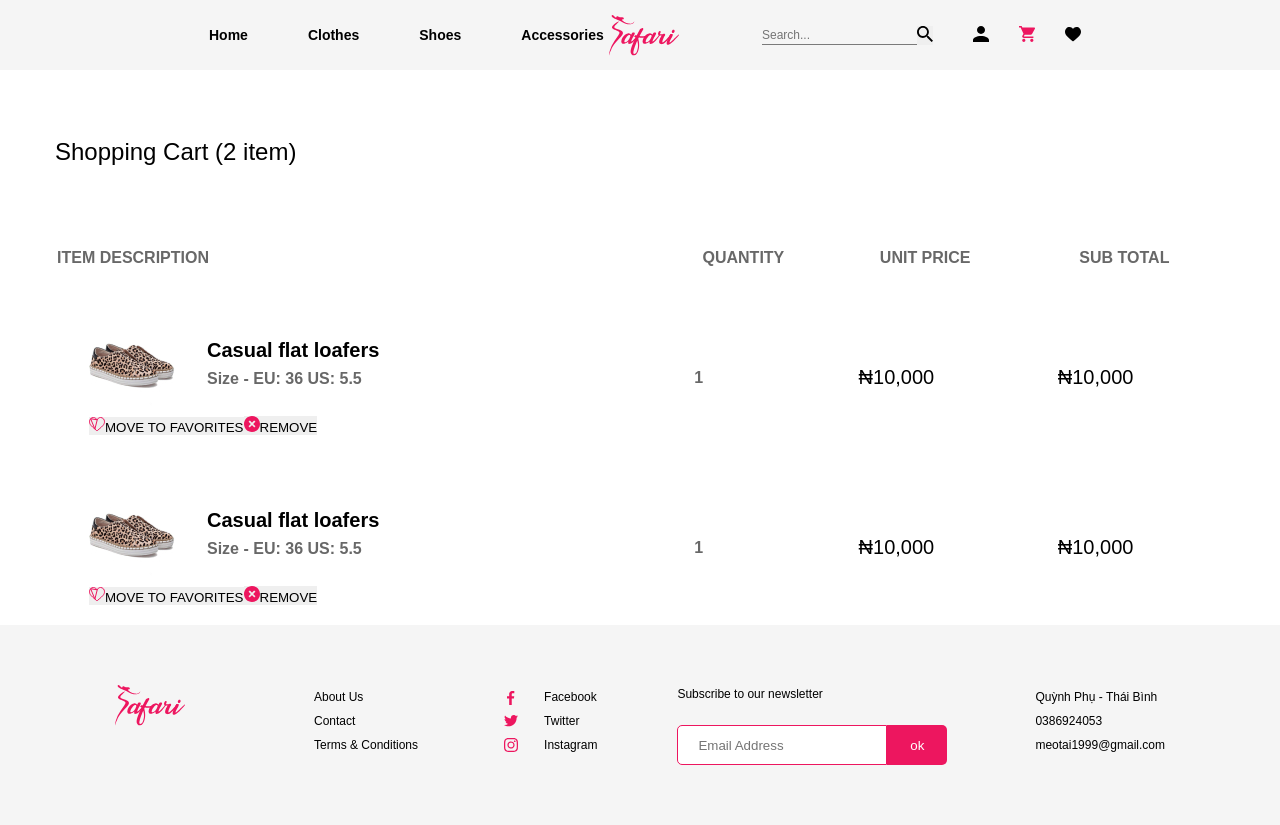
Repository: tboy1999/safari
Page: views/cart.html
These files come from the project's save history. The page is drawn as it stood at one moment and after the next save; the edit follows.
The browser window is 1280 px wide. The pictures show the whole page.
Some web libraries are served in a nearby version. The style sheet was rebuilt from its Sass, Less or Tailwind sources for each picture, by a compiler version that may differ from the author's.

Above is the page before, as saved 2022-04-28 13:46:07.

### views/cart.html
<!DOCTYPE html>
<html lang="en">
<head>
  <meta charset="UTF-8">
  <meta http-equiv="X-UA-Compatible" content="IE=edge">
  <meta name="viewport" content="width=device-width, initial-scale=1.0">
  <title>cart safari</title>
  <link rel="shortcut icon" href="./image/logo/Logo.svg" type="image/x-icon">
  <link rel="preconnect" href="https://fonts.googleapis.com">
  <link rel="preconnect" href="https://fonts.gstatic.com" crossorigin>
  <link rel="stylesheet" href="https://cdnjs.cloudflare.com/ajax/libs/font-awesome/6.1.1/css/all.min.css" integrity="sha512-KfkfwYDsLkIlwQp6LFnl8zNdLGxu9YAA1QvwINks4PhcElQSvqcyVLLD9aMhXd13uQjoXtEKNosOWaZqXgel0g==" crossorigin="anonymous" referrerpolicy="no-referrer" />
  <link rel="stylesheet" href="../css/grid.css">
  <link rel="stylesheet" href="../css/cart.css">
</head>
<body>
  <header id="header" class="header">
    <div class="container">
      <div class="header__container facenter">
        <ul class="header__list facenter fz14-fw600">
          <li class="header__item"><a href="../index.html" class="header__link">Home</a></li>
          <li class="header__item"><a href="./clothes.html" class="header__link">Clothes</a></li>
          <li class="header__item"><a href="./shoes.html" class="header__link">Shoes</a></li>
          <li class="header__item"><a href="./accessories.html" class="header__link">Accessories</a></li>
        </ul>
        <form class="header__search facenter">
          <input type="text" placeholder="Search..." class="fz12">
          <button type="submit"><img src="../image/header/search.svg" alt=""></button>
        </form>
        <div class="header__feature facenter">
          <a href="./user.html">
            <svg width="16" height="16" viewBox="0 0 16 16" fill="inherit" xmlns="http://www.w3.org/2000/svg">
            <path d="M8 0C9.06087 0 10.0783 0.421427 10.8284 1.17157C11.5786 1.92172 12 2.93913 12 4C12 5.06087 11.5786 6.07828 10.8284 6.82843C10.0783 7.57857 9.06087 8 8 8C6.93913 8 5.92172 7.57857 5.17157 6.82843C4.42143 6.07828 4 5.06087 4 4C4 2.93913 4.42143 1.92172 5.17157 1.17157C5.92172 0.421427 6.93913 0 8 0ZM8 10C12.42 10 16 11.79 16 14V16H0V14C0 11.79 3.58 10 8 10Z"/>
            </svg>
          </a>
          <a href="#" class="header__feature--active">
            <svg width="16" height="16" viewBox="0 0 16 16" fill="inherit" xmlns="http://www.w3.org/2000/svg">
              <path d="M12.8 12.8C11.912 12.8 11.2 13.512 11.2 14.4C11.2 14.8243 11.3686 15.2313 11.6686 15.5314C11.9687 15.8314 12.3757 16 12.8 16C13.2243 16 13.6313 15.8314 13.9314 15.5314C14.2314 15.2313 14.4 14.8243 14.4 14.4C14.4 13.9757 14.2314 13.5687 13.9314 13.2686C13.6313 12.9686 13.2243 12.8 12.8 12.8ZM0 0V1.6H1.6L4.48 7.672L3.392 9.632C3.272 9.856 3.2 10.12 3.2 10.4C3.2 10.8243 3.36857 11.2313 3.66863 11.5314C3.96869 11.8314 4.37565 12 4.8 12H14.4V10.4H5.136C5.08296 10.4 5.03209 10.3789 4.99458 10.3414C4.95707 10.3039 4.936 10.253 4.936 10.2C4.936 10.16 4.944 10.128 4.96 10.104L5.68 8.8H11.64C12.24 8.8 12.768 8.464 13.04 7.976L15.904 2.8C15.96 2.672 16 2.536 16 2.4C16 2.18783 15.9157 1.98434 15.7657 1.83431C15.6157 1.68429 15.4122 1.6 15.2 1.6H3.368L2.616 0H0ZM4.8 12.8C3.912 12.8 3.2 13.512 3.2 14.4C3.2 14.8243 3.36857 15.2313 3.66863 15.5314C3.96869 15.8314 4.37565 16 4.8 16C5.22435 16 5.63131 15.8314 5.93137 15.5314C6.23143 15.2313 6.4 14.8243 6.4 14.4C6.4 13.9757 6.23143 13.5687 5.93137 13.2686C5.63131 12.9686 5.22435 12.8 4.8 12.8Z"/>
            </svg>
          </a>
          <a href="#">
            <svg width="16" height="15" viewBox="0 0 16 15" fill="inherit"
            xmlns="http://www.w3.org/2000/svg">
              <path d="M14.7307 1.39307C13.9025 0.494751 12.766 0 11.5304 0C10.6068 0 9.76099 0.291992 9.01636 0.867798C8.64062 1.15845 8.30017 1.51404 8 1.92908C7.69995 1.51416 7.35938 1.15845 6.98352 0.867798C6.23901 0.291992 5.39319 0 4.4696 0C3.23401 0 2.09741 0.494751 1.26917 1.39307C0.450806 2.28088 0 3.49377 0 4.80847C0 6.16162 0.504272 7.40027 1.58691 8.70667C2.55542 9.87524 3.94739 11.0615 5.55933 12.4352C6.10974 12.9043 6.73364 13.436 7.38147 14.0024C7.55261 14.1523 7.77222 14.2349 8 14.2349C8.22766 14.2349 8.44739 14.1523 8.61829 14.0027C9.26611 13.4362 9.89038 12.9042 10.441 12.4348C12.0527 11.0614 13.4447 9.87524 14.4132 8.70654C15.4958 7.40027 16 6.16162 16 4.80835C16 3.49377 15.5492 2.28088 14.7307 1.39307Z"/>
            </svg>
          </a>
        </div>
        <div class="header__logo">
          <a href="../index.html"><img src="../image/logo/Logo.svg" alt=""></a>
        </div>
      </div>
    </div>
  </header>

  <main id="cart" class="cart">
    <div class="container">
      <h1 class="cart__heading fz24">Shopping Cart (2 item)</h1>
      <table>
        <thead class="fz16">
          <tr>
            <th>ITEM DESCRIPTION</th>
            <th>QUANTITY</th>
            <th>UNIT PRICE</th>
            <th>SUB TOTAL</th>
          </tr>
        </thead>
        <tbody>
          <tr>
            <td>
              <div class="cart__product facenter gap32">
                <img src="../image/cart/cart1.jpg" alt="" class="cart__img">
                <div class="cart__info">
                  <h3 class="fz20-fw600">Casual flat loafers</h3>
                  <p class="fz16">Size - EU: 36 US: 5.5</p>
                </div>
              </div>
              <div class="cart__btn facenter gap64">
                <button><img src="../image/cart/heart-cart.svg" alt="">MOVE TO FAVORITES</button>
                <button><img src="../image/cart/remove-cart.svg" alt="">REMOVE</button>
              </div>
            </td>
            <td class="fz16">1</td>
            <td class="fz20">₦10,000</td>
            <td class="fz20">₦10,000</td>
          </tr>
          <tr>
            <td>
              <div class="cart__product facenter gap32">
                <img src="../image/cart/cart1.jpg" alt="" class="cart__img">
                <div class="cart__info">
                  <h3 class="fz20-fw600">Casual flat loafers</h3>
                  <p class="fz16">Size - EU: 36 US: 5.5</p>
                </div>
              </div>
              <div class="cart__btn facenter gap64">
                <button><img src="../image/cart/heart-cart.svg" alt="">MOVE TO FAVORITES</button>
                <button><img src="../image/cart/remove-cart.svg" alt="">REMOVE</button>
              </div>
            </td>
            <td class="fz16">1</td>
            <td class="fz20">₦10,000</td>
            <td class="fz20">₦10,000</td>
          </tr>
        </tbody>
      </table>
    </div>
  </main>
  <footer class="footer">
    <div class="container">
      <div class="footer__container d-flex fz12">
        <div class="footer__logo">
          <a href="../index.html"><img src="../image/logo/Logo.svg" alt=""></a>
        </div>
        <div class="footer__body d-flex gap80">
          <ul class="footer__pages">
            <li class="footer__item fz12"><a href="#">About Us</a></li>
            <li class="footer__item fz12"><a href="#">Contact</a></li>
            <li class="footer__item fz12"><a href="#">Terms & Conditions</a></li>
          </ul>
          <ul class="footer__networks">
            <li class="footer__item facenter gap20">
              <div class="footer__icon flex-center">
                <a href="#" class="facenter"><img src="../image/footer/fb.svg" alt=""></a>
              </div>
              <p><a href="#">Facebook</a></p>
            </li>
            <li class="footer__item facenter gap20">
              <div class="footer__icon flex-center">
                <a href="#" class="facenter"><img src="../image/footer/twitter.svg" alt=""></a>
              </div>
              <p><a href="#">Twitter</a></p>
            </li>
            <li class="footer__item facenter gap20">
              <div class="footer__icon flex-center">
                <a href="#" class="facenter"><img src="../image/footer/instagram.svg" alt=""></a>
              </div>
              <p><a href="#">Instagram</a></p>
            </li>
          </ul>
          <div class="footer__input">
            <p>Subscribe to our newsletter</p>
            <form action="" class="facenter footer__form">
              <input type="text" placeholder="Email Address">
              <button type="submit">ok</button>
            </form>
          </div>
        </div>
        <div class="footer__info">
          <p>Quỳnh Phụ - Thái Bình</p>
          <p>0386924053</p>
          <p>meotai1999@gmail.com</p>
        </div>
      </div>
    </div>
  </footer>
</body>
</html>

### scss/cart.scss
@import 'reset';
@import 'variable';
@import 'global';
@import 'alike';
@import 'header';
@import 'footer';

.cart {
  margin-top: 134px;
  &__heading {
    margin-bottom: 78px;
  }
  table {
    width: 100%;
    thead {
      th {
        padding-bottom: 16px;
      }
      th:first-child {
        width: 52%;
        text-align: left;
      }
      th:nth-child(2) {
        width: 14%
      }
      th:nth-child(3),
      th:nth-child(4) {
        width: 17%
      }
    }
    tbody {
      td {
        padding: 35px 0 18px 32px
      }
    }
  }
  &__img {
    width: 86px;
    height: 86px;
    object-fit: cover;
  }
  &__info {
    h3 {
      margin-bottom: 8px;
    }
  }
  &__product {
    margin-bottom: 10px;
  }
}

### scss/_reset.scss
* {
  padding: 0;
  margin: 0;
  box-sizing: border-box;
}

html:focus-within {
  scroll-behavior: smooth;
}

a,
button {
  display: block;
  outline: none;
  border: none;
  text-decoration: none;
  color: inherit;
  cursor: pointer;
}

input {
  outline: none;
}

ul {
  list-style-type: none;
}

// img {
//   width: 100%;
//   height: 100%;
//   object-fit: cover;
// }

### scss/_variable.scss
$text-color: #686868;
$primary-color: #ED165F;

$header-background-color: #F5F5F5;
$footer-background-color: #F5F5F5;

### scss/_global.scss
html {
  font-size: 10px;
  line-height: 1;
  scroll-behavior: smooth !important;
}

body {
  font-family: 'Mulish', sans-serif;
}

body .auto-top {
  display: none;
  position: fixed;
  right: 50px;
  top: 50%;
  width: 60px;
  height: 50px;
  border: 1px solid #000000;
  border-radius: 5px;
  animation: autoTop 2s ease-in-out;
  animation-iteration-count: infinite;
}
@keyframes autoTop {
  from {
    transform: translateY(0)
  }
  to {
    transform: translateY(-20px)
  }
}

.facenter {
  display: flex;
  align-items: center;
}

.facb {
  display:flex;
  justify-content: space-between;
  align-items: center;
}

.flex-center {
  display: flex;
  justify-content: center;
  align-items: center;
}

.d-flex {
  display: flex;
  flex-wrap: wrap;
}

.flex-column {
  display: flex;
  flex-direction: column;
}

.gap64 {
  gap: 64px 0
}

.gap80 {
  gap: 0 80px
}

.gap32 {
  gap: 32px
}

.gap20 {
  gap: 0 20px
}

.gap16 {
  gap: 16px
}
.gap8 {
  gap: 8px
}

### scss/_alike.scss
.fz40 {
  font-weight: 700;
  font-size: 4rem;
  line-height: calc(24/40);
}

.fz30 {
  font-weight: 600;
  font-size: 30px;
}


.fz24 {
  font-weight: 400;
  font-size: 2.4rem;
  line-height: calc(35/24);
}

.fz20 {
  font-weight: 400;
  font-size: 2rem;
  line-height: calc(23/20);
  &-fw800 {
    font-weight: 800;
    font-size: 2rem;
    line-height: calc(23/20);
  }
  &-fw600 {
    font-weight: 600;
    font-size: 2rem;
    line-height: calc(23/20);
  }
}

.fz18 {
  font-weight: 800;
  font-size: 1.8rem;
  line-height: calc(24/18);
}

.fz16 {
  font-weight: 600;
  font-size: 1.6rem;
  line-height: calc(18/16);
  color: $text-color;
}

.fz14 {
  font-weight: 400;
  font-size: 1.4rem;
  line-height: calc(18/14);
  &-fw600 {
    font-weight: 600;
    font-size: 1.4rem;
    line-height: calc(18/14);
  }
}

.fz12 {
  font-weight: 400;
  font-size: 1.2rem;
  line-height: calc(18/12);
}

.fz10 {
  font-weight: 700;
  font-size: 1rem;
  line-height: calc(18/10);
}

### scss/_header.scss
.header {
  position: fixed;
  top: 0;
  left: 0;
  right: 0;
  z-index: 99999;
  background-color: $header-background-color;
  &__container {
    height: 70px;
    padding: 0 144px;
  }
  &__list {
    gap: 0 40px;
    flex: 1
  }
  &__search {
    input {
      border:none;
      border-bottom: 1px solid rgba(0, 0, 0, 0.5);
      color: rgba(0, 0, 0, 0.5);
      background-color: inherit;
    }
  }
  &__link {
    padding: 6px 10px;
    transition: all 0.2s linear;
    position: relative;
    &::after {
      content: "";
      position: absolute;
      width: 0;
      left: auto;
      right: 0;
      bottom: 0;
      height: 1px;
      transition: all 0.2s linear;
      background-color: red;
    }
    &:hover {
      color: $primary-color;
      &::after {
        width: 100%;
        right: auto;
        left: 0
      }
    }
    &.header__item--active {
      color: $primary-color;
      font-weight: 800;
      &::after {
        width: 100%;
      }
    }
  }
  &__feature {
    gap: 0 30px;
    margin-left: 40px;
    .header__feature--active {
      fill: $primary-color;
    }
  }
  &__logo {
    position: absolute;
    left: 47.57%;
    right: 47.57%;
    top: 21.43%;
    bottom: 20.93%;
  }
}

### scss/_footer.scss
.footer {
  background-color: $footer-background-color;
  &__container {
    padding: 60px;
  }
  &__pages {
    margin-left: 129px;
    a {
      padding: 3px 0;
    }
  }
  &__networks {
    a {
      padding: 3px 0
    }
  }
  &__icon {
    width: 26px
  }
  &__body {
    flex: 1
  }
  &__form {
    margin-top: 22px;
    width: 270px;
    height: 40px;
    border-radius: 5px;
    input {
      border: 1px solid $primary-color;
      padding: 0 0 0 20px;
      height: inherit;
      flex: 1;
      border-top-left-radius: 5px;
      border-bottom-left-radius: 5px;
    }
    button {
      width: 60px;
      height: inherit;
      background-color: $primary-color;
      color: #fff;
      border-top-right-radius: 5px;
      border-bottom-right-radius: 5px;
    }
  }
  &__info {
    p {
      padding: 3px 0
    }
  }
}

Loaded but not shown: css/grid.css (721 lines, source omitted)

After the next save:
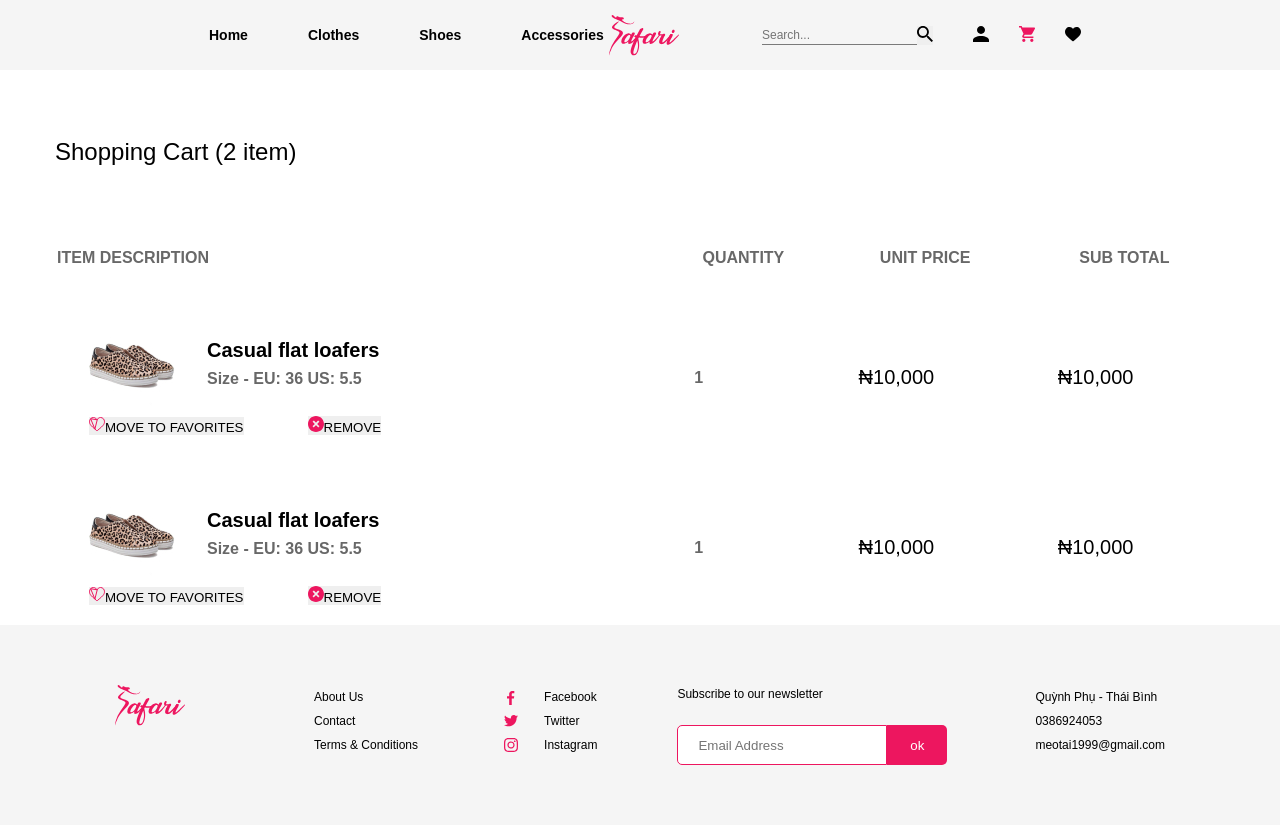
Saved 17 s later.
--- a/scss/_global.scss
+++ b/scss/_global.scss
@@ -57,7 +57,7 @@ body .auto-top {
 }
 
 .gap64 {
-  gap: 64px 0
+  gap: 64px
 }
 
 .gap80 {
